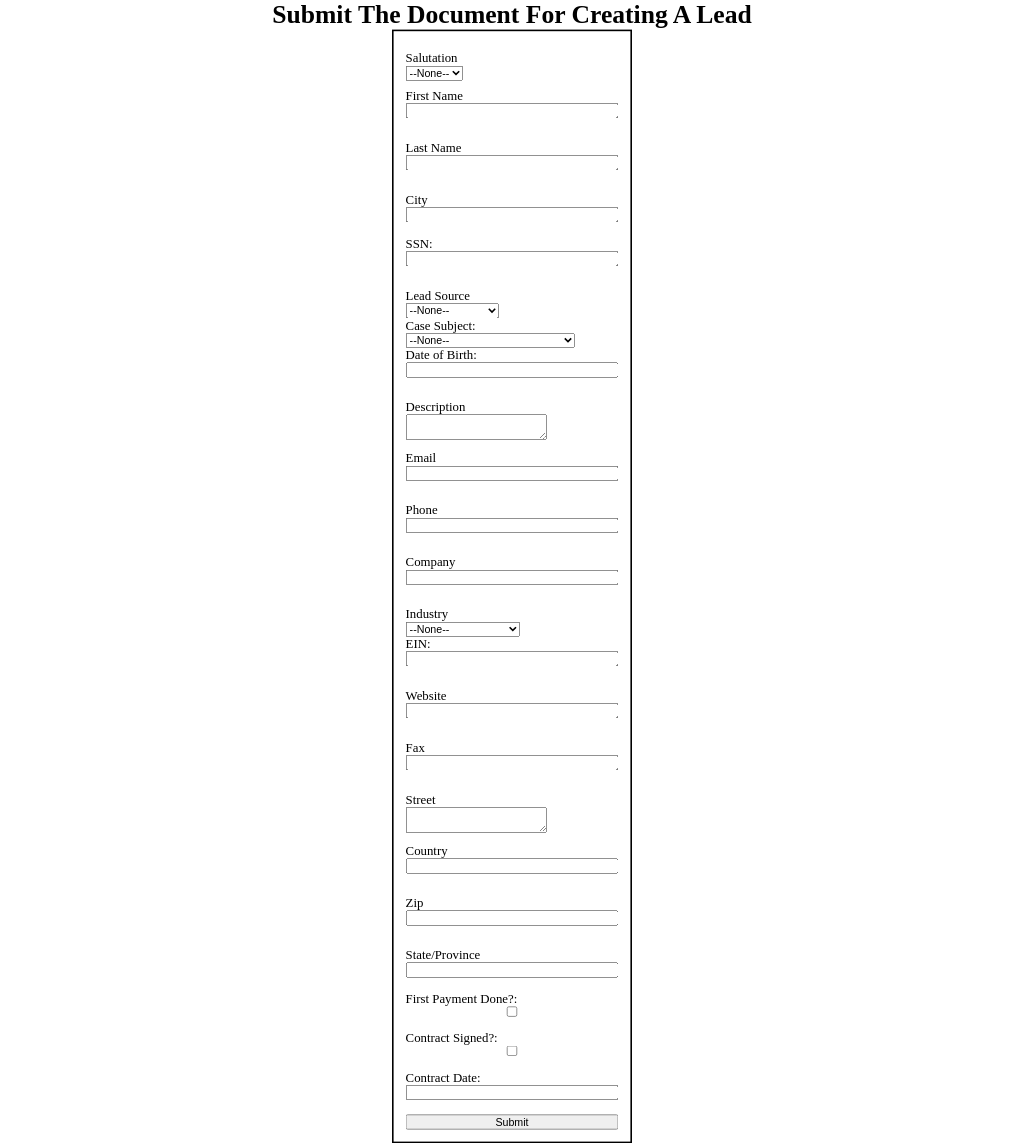
Repository: yaseminvural99/changeForce
Page: index.html
These files come from the project's save history. The page is drawn as it stood at one moment and after the next save; the edit follows.
The browser window is 1280 px wide. The pictures show the whole page, at 80% of full size.

Above is the page before, as saved 2024-04-26 21:51:57.

### index.html
<!DOCTYPE html>
<html lang="en">
<head>
    <meta charset="UTF-8">
    <meta name="'viewport" content="width=device-width, initial-scale=1.0">
    <title>Document</title>
    <link rel="stylesheet" href="style.css">
    <script>

    </script>
</head>
<body>
    <h1>Submit The Document For Creating A Lead</h1>

<META HTTP-EQUIV="Content-type" CONTENT="text/html; charset=UTF-8">


    <form action="https://test.salesforce.com/servlet/servlet.WebToLead?encoding=UTF-8&orgId=00DU8000000LYuv" method="POST">

    <input type=hidden name="oid" value="00DU8000000LYuv">
    <input type=hidden name="retURL" value="http://">


    <label for="salutation">Salutation</label><select  id="salutation" name="salutation"><option value="">--None--</option><option value="Mr.">Mr.</option>
    <option value="Ms.">Ms.</option>
    <option value="Mrs.">Mrs.</option>
    <option value="Dr.">Dr.</option>
    <option value="Prof.">Prof.</option>
    <option value="Mx.">Mx.</option>
    </select><br>

    <label for="first_name">First Name</label><input  id="first_name"  name="first_name" size="20" type="text" /><br>

    <label for="last_name">Last Name</label><input  id="last_name"  name="last_name" size="20" type="text" /><br>

    <label for="city">City</label><input  id="city" name="city" size="20" type="text" /><br>

    SSN:<input  id="00NU8000000K5Zp"  name="00NU8000000K5Zp" size="20" type="text" /><br>

    <label for="lead_source">Lead Source</label><select  id="lead_source" name="lead_source"><option value="">--None--</option><option value="Web">Web</option>
    <option value="Phone Inquiry">Phone Inquiry</option>
    <option value="Partner Referral">Partner Referral</option>
    <option value="Purchased List">Purchased List</option>
    <option value="Other">Other</option>
    </select><br>

    Case Subject:<select  id="00NU8000000K5Wb" name="00NU8000000K5Wb" title="Case Subject"><option value="">--None--</option><option value="Affirmative Asylum">Affirmative Asylum</option>
    <option value="AOS Through Asylum">AOS Through Asylum</option>
    <option value="AOS Through Lottery">AOS Through Lottery</option>
    <option value="AOS Through Marriage">AOS Through Marriage</option>
    <option value="Change of Status (B2-F1/J1-F1)">Change of Status (B2-F1/J1-F1)</option>
    <option value="Company Formation">Company Formation</option>
    <option value="Consular Processing (Marriage)">Consular Processing (Marriage)</option>
    <option value="Defensive Asylum (!Non-NTA)">Defensive Asylum (!Non-NTA)</option>
    <option value="Defensive Asylum (Non-NTA)">Defensive Asylum (Non-NTA)</option>
    <option value="Defensive Asylum (NTA)">Defensive Asylum (NTA)</option>
    <option value="E-2 (Change of status)">E-2 (Change of status)</option>
    <option value="E-2 visa">E-2 visa</option>
    <option value="General Immigration">General Immigration</option>
    <option value="I-130 (Marriage)">I-130 (Marriage)</option>
    <option value="I-601A Waiver">I-601A Waiver</option>
    <option value="I-730 (Asylee Relative Petition)">I-730 (Asylee Relative Petition)</option>
    <option value="I-751 (Removing Conditions)">I-751 (Removing Conditions)</option>
    <option value="I-765">I-765</option>
    <option value="J-1 2 Year Rule Waiver">J-1 2 Year Rule Waiver</option>
    <option value="K-1 visa">K-1 visa</option>
    <option value="Mandamus">Mandamus</option>
    <option value="Naturalization">Naturalization</option>
    <option value="Personal Injury">Personal Injury</option>
    <option value="Uncontested Divorce">Uncontested Divorce</option>
    <option value="U visa">U visa</option>
    <option value="VAWA">VAWA</option>
    </select><br>

    Date of Birth:<span class="dateInput dateOnlyInput"><input  id="00NU8000000K5bR" name="00NU8000000K5bR" size="12" type="text" /></span><br>

    <label for="description">Description</label><textarea name="description"></textarea><br>

    <label for="email">Email</label><input  id="email"  name="email" size="20" type="text" /><br>

    <label for="phone">Phone</label><input  id="phone" name="phone" size="20" type="text" /><br>

    <label for="company">Company</label><input  id="company" name="company" size="20" type="text" /><br>

    <label for="industry">Industry</label><select  id="industry" name="industry"><option value="">--None--</option><option value="Agriculture">Agriculture</option>
    <option value="Apparel">Apparel</option>
    <option value="Banking">Banking</option>
    <option value="Biotechnology">Biotechnology</option>
    <option value="Chemicals">Chemicals</option>
    <option value="Communications">Communications</option>
    <option value="Construction">Construction</option>
    <option value="Consulting">Consulting</option>
    <option value="Education">Education</option>
    <option value="Electronics">Electronics</option>
    <option value="Energy">Energy</option>
    <option value="Engineering">Engineering</option>
    <option value="Entertainment">Entertainment</option>
    <option value="Environmental">Environmental</option>
    <option value="Finance">Finance</option>
    <option value="Food &amp; Beverage">Food &amp; Beverage</option>
    <option value="Government">Government</option>
    <option value="Healthcare">Healthcare</option>
    <option value="Hospitality">Hospitality</option>
    <option value="Insurance">Insurance</option>
    <option value="Machinery">Machinery</option>
    <option value="Manufacturing">Manufacturing</option>
    <option value="Media">Media</option>
    <option value="Not For Profit">Not For Profit</option>
    <option value="Recreation">Recreation</option>
    <option value="Retail">Retail</option>
    <option value="Shipping">Shipping</option>
    <option value="Technology">Technology</option>
    <option value="Telecommunications">Telecommunications</option>
    <option value="Transportation">Transportation</option>
    <option value="Utilities">Utilities</option>
    <option value="Other">Other</option>
    </select><br>

    EIN:<input  id="00NU8000000K5YD"  name="00NU8000000K5YD" size="20" type="text" /><br>

    <label for="url">Website</label><input  id="url" name="url" size="20" type="text" /><br>

    <label for="fax">Fax</label><input  id="fax" name="fax" size="20" type="text" /><br>

    <label for="street">Street</label><textarea name="street"></textarea><br>

    <label for="country">Country</label><input  id="country"  name="country" size="20" type="text" /><br>

    <label for="zip">Zip</label><input  id="zip"name="zip" size="20" type="text" /><br>

    <label for="state">State/Province</label><input  id="state"  name="state" size="20" type="text" /><br>

    First Payment Done?:<input  id="00NU8000000K5d3" name="00NU8000000K5d3" type="checkbox" value="1" /><br>

    Contract Signed?:<input  id="00NU8000000K5gH" name="00NU8000000K5gH" type="checkbox" value="1" /><br>

    Contract Date:<span class="dateInput dateOnlyInput"><input  id="00NU8000000K5ef" name="00NU8000000K5ef" size="12" type="text" /></span><br>

    <input type="submit" name="submit">

    </form>
</body>
</html>

### style.css
*{
    margin: 0;
    padding: 0;
    box-sizing: border-box;
}
h1{
    text-align: center;
}
label, input{
    display: block;

}
label{
    margin-top: 10px;
}
input{
    width: 100%;
}
form{
    min-width: 300px;
    max-width: 300px;
    margin: 0 auto;
    border: 2px solid black;
    padding: 15px;
}

After the next save:
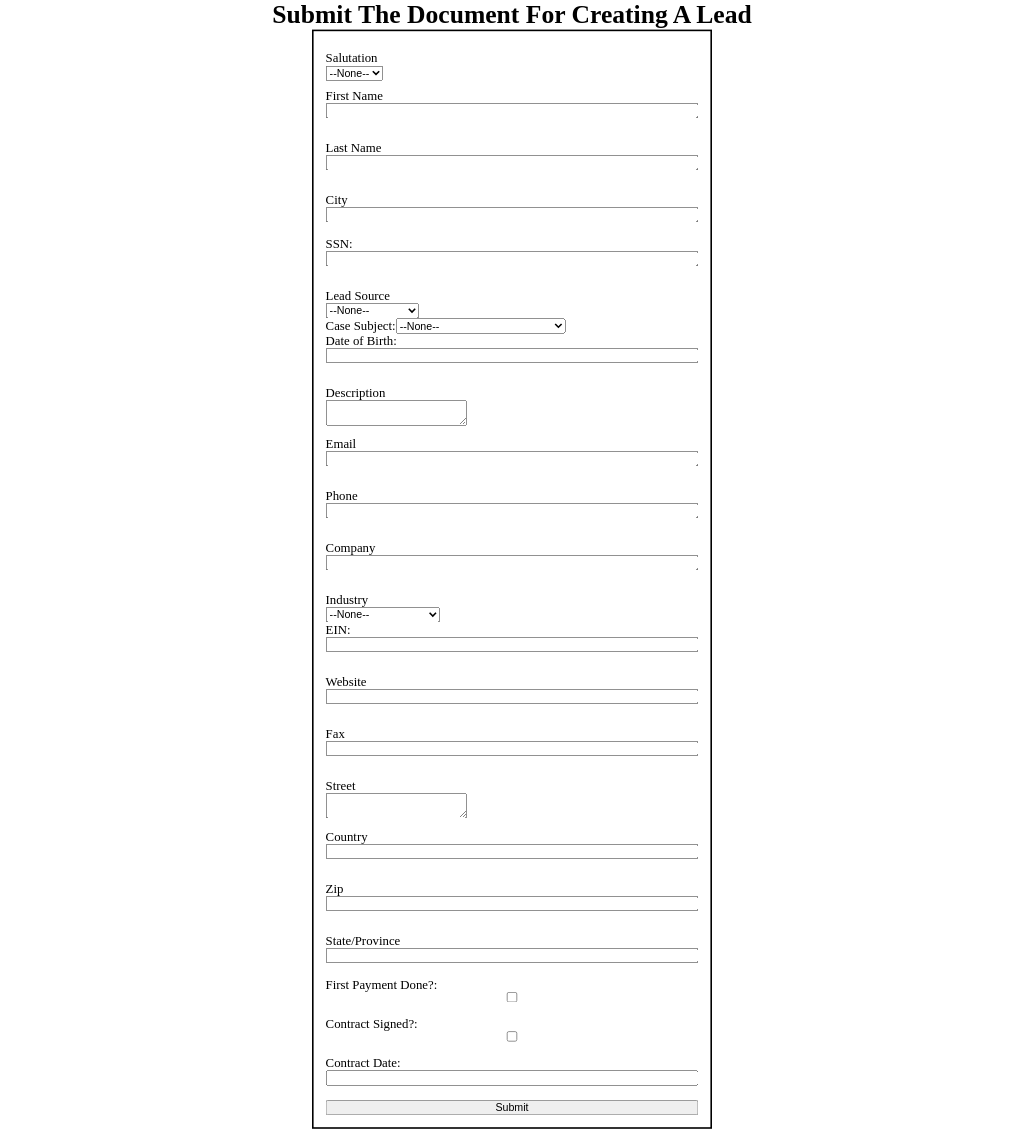
Saved 22 s later.
--- a/style.css
+++ b/style.css
@@ -18,7 +18,7 @@ input{
 }
 form{
     min-width: 300px;
-    max-width: 300px;
+    max-width: 500px;
     margin: 0 auto;
     border: 2px solid black;
     padding: 15px;
